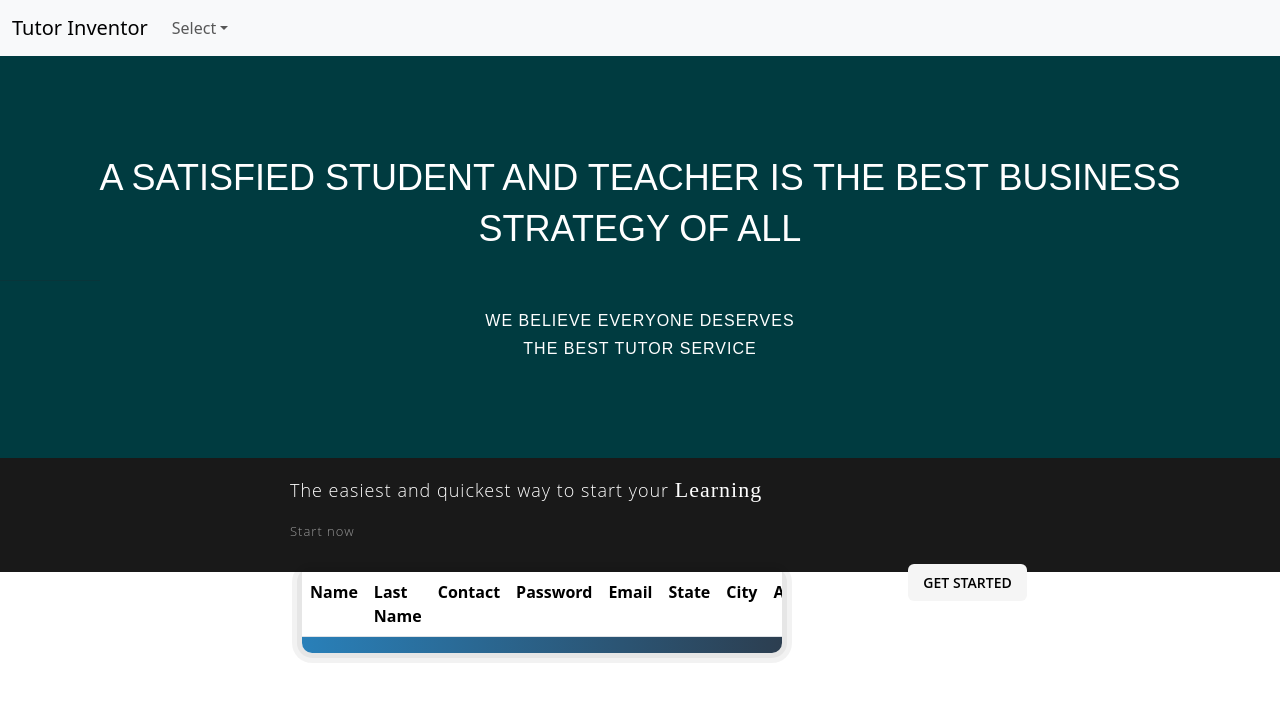
Repository: shailesh89-art/E-tutor-springboot-hibernate
Page: http://localhost/TUTOR_INVENTOR_1/pages/parent_Admin_edit.jsp
An editor plug-in stored every save of this project. The page is shown before and after the next save, followed by the edit.
The browser window is 1280 px wide. The pictures show the whole page.
Some web libraries are served in a nearby version. The page is served by Tomcat 9. Other server files are loaded and not shown. The template is opened directly, without the code that normally fills it, so the values that code supplies are empty.

Above is the page before, as saved 2023-05-03 13:56:14.

### TUTOR_INVENTOR_1/src/main/webapp/pages/parent_Admin_edit.jsp
<%@ taglib uri="http://www.springframework.org/tags/form" prefix="form"%> <%@ taglib uri="http://java.sun.com/jsp/jstl/core" prefix="c"%>
<!doctype html>
<html lang="en">
  <head>
    <!-- Required meta tags -->
    <meta charset="utf-8">
    <meta name="viewport" content="width=device-width, initial-scale=1, shrink-to-fit=no">

    <!-- Bootstrap CSS -->
      <link href="https://cdn.jsdelivr.net/npm/bootstrap@5.3.0-alpha1/dist/css/bootstrap.min.css" rel="stylesheet" integrity="sha384-GLhlTQ8iRABdZLl6O3oVMWSktQOp6b7In1Zl3/Jr59b6EGGoI1aFkw7cmDA6j6gD" crossorigin="anonymous">
    <script src="https://cdn.jsdelivr.net/npm/bootstrap@5.3.0-alpha1/dist/js/bootstrap.bundle.min.js" integrity="sha384-w76AqPfDkMBDXo30jS1Sgez6pr3x5MlQ1ZAGC+nuZB+EYdgRZgiwxhTBTkF7CXvN" crossorigin="anonymous"></script>
    <link rel="stylesheet" href="https://cdnjs.cloudflare.com/ajax/libs/font-awesome/4.7.0/css/font-awesome.min.css">
      <title>Parent Admin</title>
    <style>




     .banner {

            background-size: cover;
            background-repeat: no-repeat;
            background-position: center center;
            width: 100%;
            height: 100%;
              background-color: #00838F;
        }

        .banner .opacity_overlay {
            height: 100%;
            width: 100%;
            background: rgba(0, 0, 0, 0.55);
            padding-top: 100px;
        }

        .banner .opacity_overlay .info {
            text-align: center;
            font-family: 'Montserrat', sans-serif;
        }

        .banner .opacity_overlay .info h2 {
            color: #fff;
            text-transform: uppercase;
            font-size: 36px;
        }

        .banner .opacity_overlay .info hr {
            width: 100px;
            margin-top: 30px;
            margin-bottom: 30px;
        }

        .banner .opacity_overlay .info h3 {
            color: #fff;
            text-transform: uppercase;
            font-size: 16px;
            letter-spacing: 1px;
        }

        .banner .opacity_overlay .secondary_layer {
            background: #191919;
            margin-top: 100px;
            padding-top: 15px;
            padding-bottom: 15px;
            font-family: "Open Sans", Arial, sans-serif;
        }

        .banner .opacity_overlay .secondary_layer .msg {
            font-size: 18px;
            color: #fff;
            font-weight: 300;
            letter-spacing: 1px;
        }

        .banner .opacity_overlay .secondary_layer .msg span {
            font-family: "Shadows Into Light", cursive;
            font-size: 22px;
        }

        .banner .opacity_overlay .secondary_layer .quote {
            font-size: 13px;
            color: #999;
            font-weight: 300;
            letter-spacing: 1px;
        }

        .banner .opacity_overlay .secondary_layer .btn {
            text-decoration: none;
            color: #000;
        }

        .banner .opacity_overlay .secondary_layer .btn button {
            background: #F5F5F5;
            border: none;
            border-radius: 6px;
            padding: 8px 15px;
            text-transform: uppercase;
            font-weight: 600;
            font-size: 14px;
            outline: none;
            transition: background-color 0.2s ease;
        }

        .banner .opacity_overlay .secondary_layer .btn button:hover {
            background: #000;
            color: #fff;
        }

        /* Font size change on browser resize */

        @media screen and (max-width: 991px) {
        .banner .opacity_overlay .info h2 {
            font-size: 30px;
        }
        }

        @media screen and (max-width: 768px) {
        .banner .opacity_overlay .info h2 {
            font-size: 26px;
        }
        }

        @media screen and (max-width: 631px) {
        .banner .opacity_overlay .info h2 {
            font-size: 22px;
        }
        }

        @media screen and (max-width: 534px) {
        .banner .opacity_overlay .info h2 {
            font-size: 20px;
        }
        }

        @media screen and (max-width: 991px) {
        .banner .opacity_overlay .info h3 {
            font-size: 12px;
        }
        }

        @media screen and (max-width: 534px) {
        .banner .opacity_overlay .info h3 {
            font-size: 10px;
        }
        }

        @media screen and (max-width: 768px) {
        .banner .opacity_overlay .secondary_layer .msg {
            font-size: 16px;
        }
        }

        @media screen and (max-width: 534px) {
        .banner .opacity_overlay .secondary_layer .msg {
            font-size: 13px;
        }
        }

        @media screen and (max-width: 768px) {
        .banner .opacity_overlay .secondary_layer .msg span {
            font-size: 18px;
        }
        }

        @media screen and (max-width: 534px) {
        .banner .opacity_overlay .secondary_layer .msg span {
            font-size: 16px;
        }
        }
        /*search button*/




        .advanced{

            text-decoration: none;
            font-size: 15px;
            font-weight: 500;
        }


        .btn-secondary,
        .btn-secondary:focus,
        .btn-secondary:active


         {
            color: #fff;
            background-color: #00838f !important;
            border-color: #00838f !important;
            box-shadow: none;
        }


        .advanced{

            color: #00838f !important;
        }






 .demo{ font-family: 'Noto Sans', sans-serif; }
.panel{
    background: linear-gradient(to right, #2980b9, #2c3e50);
    padding: 0;
    border-radius: 10px;
    border: none;
    box-shadow: 0 0 0 5px rgba(0,0,0,0.05),0 0 0 10px rgba(0,0,0,0.05);
}
.panel .panel-heading{
    padding: 20px 15px;
    border-radius: 10px 10px 0 0;
    margin: 0;
}
.panel .panel-heading .title{
    color: #fff;
    font-size: 28px;
    font-weight: 500;
    text-transform: capitalize;
    line-height: 40px;
    margin: 0;
}
.panel .panel-heading .btn{
    color: rgba(255,255,255,0.5);
    background: transparent;
    font-size: 16px;
    text-transform: capitalize;
    border: 2px solid #fff;
    border-radius: 50px;
    transition: all 0.3s ease 0s;
}
.panel .panel-heading .btn:hover{
    color: #fff;
    text-shadow: 3px 3px rgba(255,255,255,0.2);
}
.panel .panel-heading .form-control{
    color: #fff;
    background-color: transparent;
    width: 35%;
    height: 40px;
    border: 2px solid #fff;
    border-radius: 20px;
    display: inline-block;
    transition: all 0.3s ease 0s;
}
.panel .panel-heading .form-control:focus{
    background-color: rgba(255,255,255,0.2);
    box-shadow: none;
    outline: none;
}
.panel .panel-heading .form-control::placeholder{
    color: rgba(255,255,255,0.5);
    font-size: 15px;
    font-weight: 500;
}
.panel .panel-body{ padding: 0; }
.panel .panel-body .table thead tr th{
    color: #fff;
    background-color: rgba(255, 255, 255, 0.2);
    font-size: 16px;
    font-weight: 500;
    text-transform: uppercase;
    padding: 12px;
    border: none;
}
.panel .panel-body .table tbody tr td{
    color: #fff;
    font-size: 15px;
    padding: 10px 12px;
    vertical-align: middle;
    border: none;
}
.panel .panel-body .table tbody tr:nth-child(even){ background-color: rgba(255,255,255,0.05); }
.panel .panel-body .table tbody .action-list{
    padding: 0;
    margin: 0;
    list-style: none;
}
.panel .panel-body .table tbody .action-list li{
    display: inline-block;
    margin: 0 5px;
}
.panel .panel-body .table tbody .action-list li a{
    color: #fff;
    font-size: 15px;
    position: relative;
    z-index: 1;
    transition: all 0.3s ease 0s;
}
.panel .panel-body .table tbody .action-list li a:hover{ text-shadow: 3px 3px 0 rgba(255,255,255,0.3); }
.panel .panel-body .table tbody .action-list li a:before,
.panel .panel-body .table tbody .action-list li a:after{
    content: attr(data-tip);
    color: #fff;
    background-color: #111;
    font-size: 12px;
    padding: 5px 7px;
    border-radius: 4px;
    text-transform: capitalize;
    display: none;
    transform: translateX(-50%);
    position: absolute;
    left: 50%;
    top: -32px;
    transition: all 0.3s ease 0s;
}
.panel .panel-body .table tbody .action-list li a:after{
    content: '';
    height: 15px;
    width: 15px;
    padding: 0;
    border-radius: 0;
    transform: translateX(-50%) rotate(45deg);
    top: -18px;
    z-index: -1;
}
.panel .panel-body .table tbody .action-list li a:hover:before,
.panel .panel-body .table tbody .action-list li a:hover:after{
    display: block;
}
.panel .panel-footer{
    color: #fff;
    background-color: transparent;
    padding: 15px;
    border: none;
}
.panel .panel-footer .col{ line-height: 35px; }
.pagination{ margin: 0; }
.pagination li a{
    color: #fff;
    background-color: transparent;
    border: 2px solid transparent;
    font-size: 18px;
    font-weight: 500;
    text-align: center;
    line-height: 31px;
    width: 35px;
    height: 35px;
    padding: 0;
    margin: 0 3px;
    border-radius: 50px;
    transition: all 0.3s ease 0s;
}
.pagination li a:hover{
    color: #fff;
    background-color: transparent;
    border-color: rgba(255,255,255,0.2);
}
.pagination li a:focus,
.pagination li.active a,
.pagination li.active a:hover{
    color: #fff;
    background-color: transparent;
    border-color: #fff;
}
.pagination li:first-child a,
.pagination li:last-child a{
    border-radius: 50%;
}
.container{

    padding-left: 220px;
}
 #logo{
        width: 4%;
      }
@media only screen and (max-width:767px){
    .panel .panel-heading .title{
        text-align: center;
        margin: 0 0 10px;
    }
    .panel .panel-heading .btn_group{ text-align: center; }
    .container{

        padding: 17px;
    }
     #logo{
        width: 19%;
      }
}







   }
    </style>
  </head>
  <body>
  <nav class="navbar navbar-expand-lg navbar-light bg-light">
        <div class="container-fluid">
          <a class="navbar-brand" href="#">Tutor Inventor</a>
          <button class="navbar-toggler" type="button" data-bs-toggle="collapse" data-bs-target="#navbarColor03" aria-controls="navbarColor03" aria-expanded="false" aria-label="Toggle navigation">
            <span class="navbar-toggler-icon"></span>
          </button>
          <div class="collapse navbar-collapse" id="navbarColor03">
            <ul class="navbar-nav me-auto">

              <li class="nav-item dropdown">
                <a class="nav-link dropdown-toggle" data-bs-toggle="dropdown" href="#" role="button" aria-haspopup="true" aria-expanded="false">Select</a>
                <div class="dropdown-menu">
                  <a class="dropdown-item" href="ebook_list">book</a>

                  <a class="dropdown-item" href="/parentlogout">Log Out</a>
                  </div>
              </li>

            </ul>
          </div>
        </div>
      </nav>
      <div class="banner">
    	<div class="opacity_overlay">
    		<div class="info">
    			<h2>A satisfied Student and Teacher is the best business</h2>
    			<h2>strategy of all</h2>
    			<hr>
    			<h3>We believe everyone deserves</h3>
    			<h3>The best tutor service</h3>
    		</div>

    		<div class="secondary_layer">
    			<div class="container">
    				<div class="col-md-8 col-sm-6">
    					<p class="msg">The easiest and quickest way to start your <span>Learning</span></p>
    					<p class="quote">Start now</p>
    				</div>
    				<div class="col-md-4 col-sm-6 pull-right">
    					<a href="ebook_list" class="btn" ><button type="submit">Get Started</button></a>

    				</div>
    			</div>
    		</div>

    	</div>
    </div>

   <div class="container">

    <div class="row">
        <div class="col-md-offset-1 col-md-10">
            <div class="panel">

                <div class="panel-body table-responsive">
<table class="table">
<tr>
<th>Name</th>
<th>Last Name</th>
<th>Contact</th>
<th>Password</th>
<th>Email</th>
<th>State</th>
<th>City</th>
<th>Area</th>
<th>Zip</th>
</tr>
<c:forEach  items="${parent}" var="e">
<tr>

<td>${e.fname}</td>
<td>${e.lname}</td>
<td>${e.contact}</td>
<td>${e.pass}</td>
<td>${e.email}</td>
<td>${e.state}</td>
<td>${e.city}</td>
<td>${e.area}</td>
<td>${e.zip}</td>
<td>

  <a href="edit_parent?id=${e.id}"><i class='fa fa-edit' style="color:blue"></i></a> |
          <a href="delete_parentfirst?id=${e.id}"><i class="fa fa-trash" style="color:blue"></i></a>
        </td>
</tr>
</c:forEach>
</table>
</div>
</div>
</div>
</div>
</div>

 <script src="https://code.jquery.com/jquery-3.2.1.slim.min.js" integrity="sha384-KJ3o2DKtIkvYIK3UENzmM7KCkRr/rE9/Qpg6aAZGJwFDMVNA/GpGFF93hXpG5KkN" crossorigin="anonymous"></script>
    <script src="https://cdn.jsdelivr.net/npm/popper.js@1.12.9/dist/umd/popper.min.js" integrity="sha384-ApNbgh9B+Y1QKtv3Rn7W3mgPxhU9K/ScQsAP7hUibX39j7fakFPskvXusvfa0b4Q" crossorigin="anonymous"></script>
    <script src="https://cdn.jsdelivr.net/npm/bootstrap@4.0.0/dist/js/bootstrap.min.js" integrity="sha384-JZR6Spejh4U02d8jOt6vLEHfe/JQGiRRSQQxSfFWpi1MquVdAyjUar5+76PVCmYl" crossorigin="anonymous"></script>
</body>

After the next save:
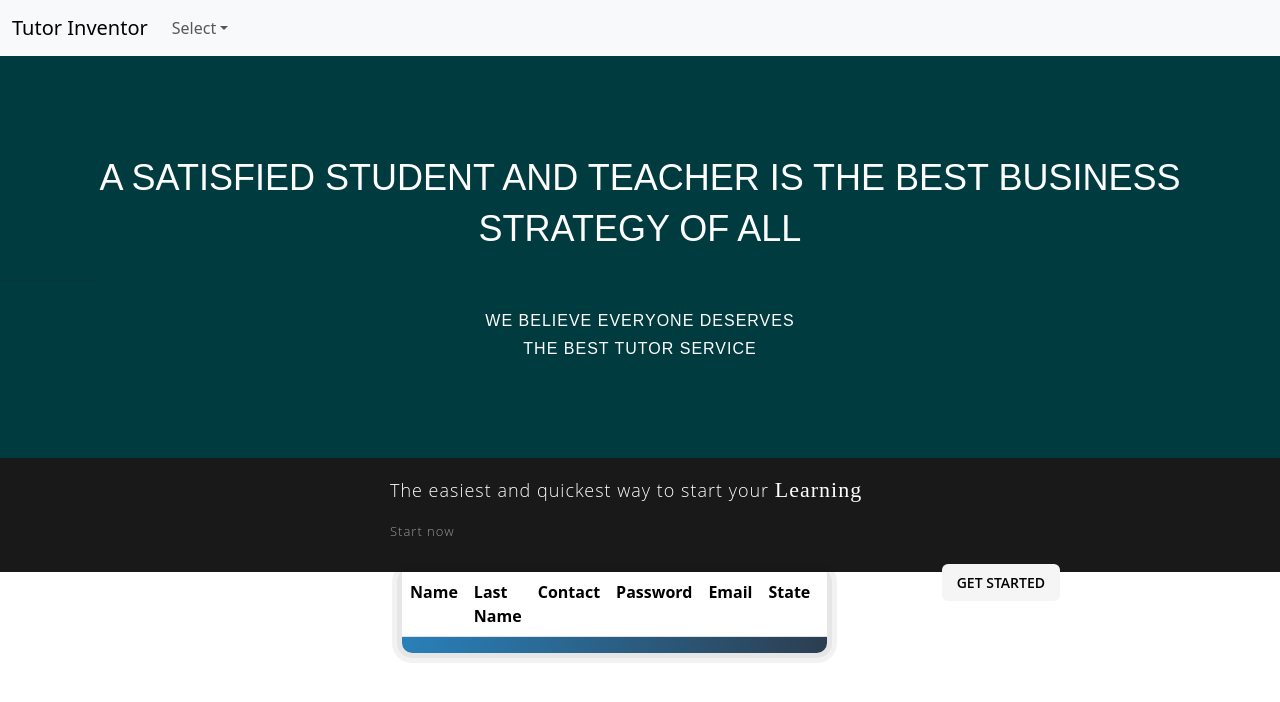
Saved 2 min 34 s later.
--- a/TUTOR_INVENTOR_1/src/main/webapp/pages/parent_Admin_edit.jsp
+++ b/TUTOR_INVENTOR_1/src/main/webapp/pages/parent_Admin_edit.jsp
@@ -363,7 +363,7 @@
 }
 .container{
 
-    padding-left: 220px;
+    padding-left: 320px;
 }
  #logo{
         width: 4%;
